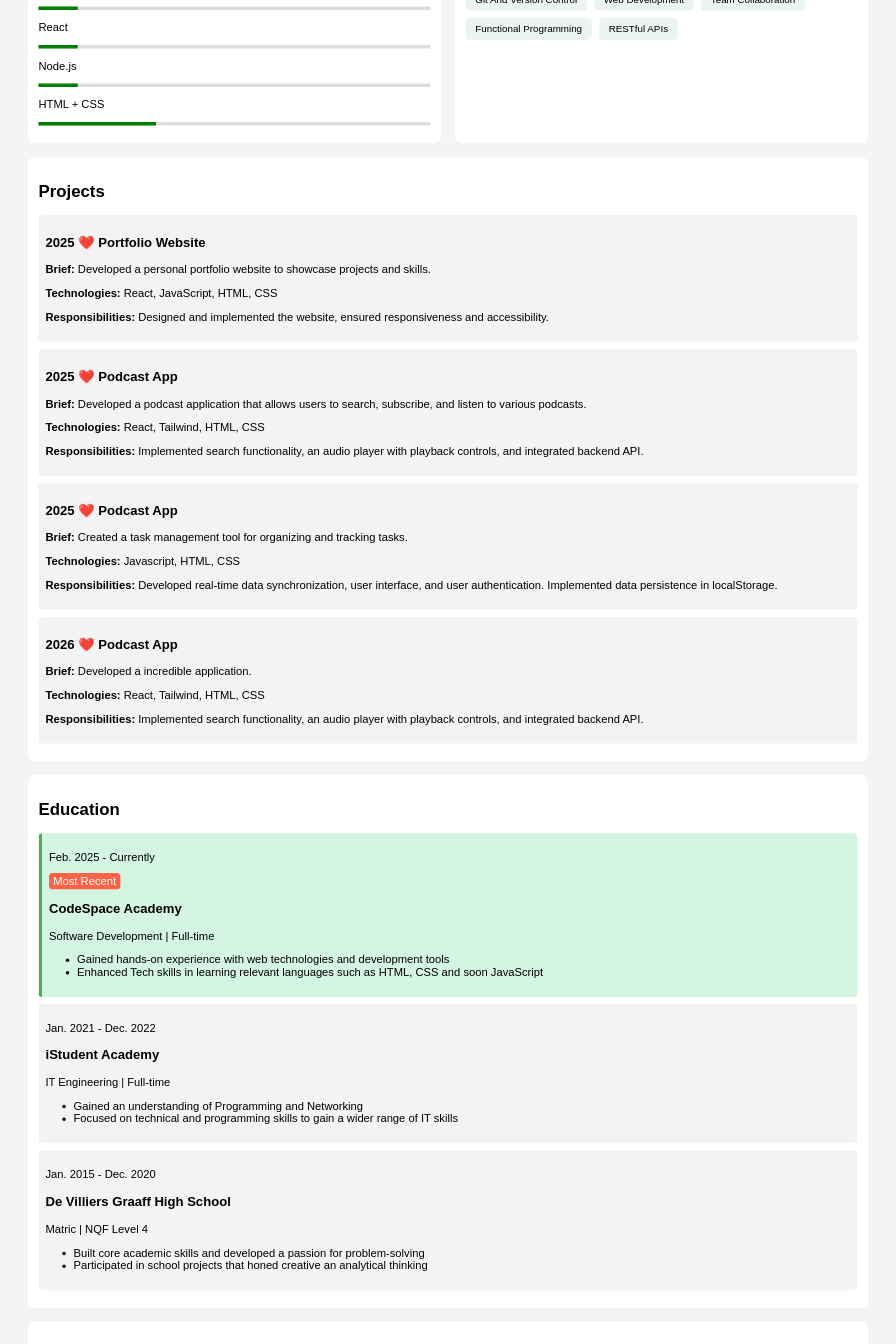
Repository: andajonas/ANDJON25111_fto2502_A2_AndaJonas_SDF_Portfolio_Piece
Page: index.html
An editor plug-in stored every save of this project. The page is shown before and after the next save, followed by the edit.
The browser window is 1280 px wide. The pictures show the part of the page from y = 345 to 2265 px (the page is 3128 px tall), at 70% of full size.
A picture or video elsewhere on the page could not be fetched, so the positions and the page height are approximate.

Above is the page before, as saved 2025-04-03 18:25:10.

### index.html
<!DOCTYPE html>
<html lang="en">
<head>
    <meta charset="UTF-8">
    <meta name="viewport" content="width=device-width, initial-scale=1.0">
    <title>Developer Resume</title>
    <link rel="stylesheet" href="styles.css">
</head>
<body>

<div class="container">
    <!-- Profile Section -->
    <section class="profile">
        <img src="profile.jpg" alt="Profile Picture" class="profile-pic">
        <div class="profile-info">
            <h1>Anda Jonas</h1>
            <p>I am a beginner Software Developer passionate about building clean and responsive websites that are aesthetically pleasing as well as functional. I am always seeking to refine my skills and stay up to date with the latest trends.</p>
        </div>
    </section>

    <!-- Proficiency and Skills Section -->
    <section class="skills-container">
        <div class="proficiency">
            <h2>Proficiency</h2>
            <p><strong>Beginner Intermediate Advanced</strong></p>
            <p>JavaScript</p><div class="bar"><div class="progress" style="width: 10%;"></div></div>
            <p>React</p><div class="bar"><div class="progress" style="width: 10%;"></div></div>
            <p>Node.js</p><div class="bar"><div class="progress" style="width: 10%;"></div></div>
            <p>HTML + CSS</p><div class="bar"><div class="progress" style="width: 30%;"></div></div>
        </div>

        <div class="skills">
            <h2>Skills</h2>
            <div class="skill-tags">
                <span class="skill-item">Software Development</span>
                <span class="skill-item">Agile</span>
                <span class="skill-item">UI Design</span>
                <span class="skill-item">Problem Solving</span>
                <span class="skill-item">Git And Version Control</span>
                <span class="skill-item">Web Development</span>
                <span class="skill-item">Team Collaboration</span>
                <span class="skill-item">Functional Programming</span>
                <span class="skill-item">RESTful APIs</span>
            </div>
        </div>
    </section>

    <!-- Projects Section -->
    <section class="projects">
        <h2>Projects</h2>
        <div class="project-card">
            <h3>2025 ❤️ Portfolio Website</h3>
            <p><strong>Brief:</strong> Developed a personal portfolio website to showcase projects and skills.</p>
            <p><strong>Technologies:</strong> React, JavaScript, HTML, CSS</p>
            <p><strong>Responsibilities:</strong> Designed and implemented the website, ensured responsiveness and accessibility.</p>
        </div>

        <div class="project-card">
            <h3>2025 ❤️ Podcast App</h3>
            <p><strong>Brief:</strong> Developed a podcast application that allows users to search, subscribe, and listen to various podcasts.</p>
            <p><strong>Technologies:</strong> React, Tailwind, HTML, CSS</p>
            <p><strong>Responsibilities:</strong> Implemented search functionality, an audio player with playback controls, and integrated backend API.</p>
        </div>

        <div class="project-card">
            <h3>2025 ❤️ Podcast App</h3>
            <p><strong>Brief:</strong> Created a task management tool for organizing and tracking tasks.</p>
            <p><strong>Technologies:</strong> Javascript, HTML, CSS</p>
            <p><strong>Responsibilities:</strong> Developed real-time data synchronization, user interface, and user authentication. Implemented data persistence in localStorage.</p>
        </div>

        <div class="project-card">
            <h3>2026 ❤️ Podcast App</h3>
            <p><strong>Brief:</strong> Developed a incredible application.</p>
            <p><strong>Technologies:</strong> React, Tailwind, HTML, CSS</p>
            <p><strong>Responsibilities:</strong> Implemented search functionality, an audio player with playback controls, and integrated backend API.</p>
        </div>
    </section>

    <!-- Education Section -->
    <section class="education">
        <h2>Education</h2>
        <div class="education-card green">
            <div class="exp-header">
                <p class="date">Feb. 2025 - Currently</p>
                <span class="tag">Most Recent</span>
            </div>
            <h3>CodeSpace Academy</h3>
            <p class="company">Software Development | Full-time</p>
            <ul>
                <li>Gained hands-on experience with web technologies and development tools</li>
                 <li>Enhanced Tech skills in learning relevant languages such as HTML, CSS and soon JavaScript</li>
        </div>

        <div class="education-card">
            <p class="date">Jan. 2021 - Dec. 2022</p>
            <h3>iStudent Academy</h3>
            <p class="company">IT Engineering | Full-time</p>
            <ul>
                <li>Gained an understanding of Programming and Networking</li>
                <li>Focused on technical and programming skills to gain a wider range of IT skills</li>
            </ul>
        </div>
        <div class="education-card">
            <p class="date">Jan. 2015 - Dec. 2020</p>
            <h3>De Villiers Graaff High School</h3>
            <p class="company">Matric | NQF Level 4</p>
            <ul>
                <li>Built core academic skills and developed a passion for problem-solving</li>
                <li>Participated in school projects that honed creative an analytical thinking</li>
            </ul>
        </div>
    </section>

    <!-- Experience Section -->
    <section class="experience">
        <h2>Experience</h2>
        <div class="experience-card green">
            <div class="exp-header">
                <p class="date">Sep. 2024 - Jan 2025</p>
                <span class="tag">Most Recent</span>
            </div>
            <h3>Customer Service Representative</h3>
            <p class="company">Amazon | Full-time</p>
            <ul>
                <li>Support customers, drivers and Delivery Service Partners to ensure successful deliveries</li>
                <li>Prevent issues and solve customer queries through phone, email or chat.</li>
        </div>

        <div class="experience-card">
            <p class="date">Sept. 2023 - Jul. 2024</p>
            <h3>Quality Assesor</h3>
            <p class="company">Liberty | Full-time</p>
            <ul>
                <li>Enhance the customer experience journey by quality assessing call center interactions(calls), enable low risk and zero surprises BAU and producing reports</li>
                <li>Contribute towards continuous improvement initiatives to improve compliance, processes, systems and skills</li>
            </ul>
        </div>
        <div class="experience-card">
            <p class="date">Feb. 2023 - Sept. 2023</p>
            <h3>Sales Agent | Insurance</h3>
            <p class="company">Liberty | Full-time</p>
            <ul>
                <li>Conduct outbound calls in a professional manner, ensuring excellent and accurate client service</li>
                <li>Sell the company's Life Insurance and Services to potential customers</li>
            </ul>
        </div>
    </section>

    <!-- Contact Section -->
    <section class="contact">
        <p class="contact-text">Let's chat! I'm ready to work on exciting projects.</p>
        <p class="contact-links">
            <a href="mailto:andajonas63@gmail.com">andajonas63@gmail.com</a> |
            <a href="tel:+27655461522"> 065 546 1522</a> |
            <a href="https://www.linkedin.com/in/anda-jonas/" target="_blank" rel="noopener noreferrer">LinkedIn</a> |
            <a href="https://github.com/andajonas" target="_blank" rel="noopener noreferrer"> GitHub</a>
        </p>
    </section>
</div>

</body>
</html>

### styles.css
/* General Layout */
body {
    font-family: Arial, sans-serif;
    margin: 0;
    padding: 0;
    background: #f4f4f4;
}

.container {
    max-width: 1200px;
    margin: auto;
    display: flex;
    flex-direction: column;
    gap: 20px;
}

/* Profile Section */
.profile {
    display: flex;
    align-items: center;
    padding: 20px;
    background: white;
    border-radius: 10px;
}

.profile-pic {
    width: 144px;
    height: 144px;
    border-radius: 24px;
    object-fit: cover;
    margin-right: 20px;
}

/* Skills Section */
.skills-container {
    display: flex;
    gap: 20px;
}

.proficiency, .skills {
    background: white;
    padding: 15px;
    border-radius: 10px;
    width: 50%;
}

.bar {
    width: 100%;
    height: 5px;
    background: #ddd;
    margin-bottom: 10px;
}

.progress {
    height: 5px;
    background: green;
}

.skill-tags {
    display: flex;
    flex-wrap: wrap;
    gap: 10px;
}

.skill-item {
    background: #ecf4f1;
    padding: 8px 14px;
    border-radius: 6px;
    font-size: 14px;
    display: inline-block;
}

/* Projects Section */
.projects {
    background: white;
    padding: 15px;
    border-radius: 10px;
    display: grid;
}

.project-card {
    background: #f3f3f3;
    padding: 10px;
    border-radius: 5px;
    margin-bottom: 10px;
}

/* Education Section */
.education {
    background: white;
    padding: 15px;
    border-radius: 10px;
}

.education-card {
    background: #f3f3f3;
    padding: 10px;
    border-radius: 5px;
    margin-bottom: 10px;
}

/* Experience Section */
.experience {
    background: white;
    padding: 15px;
    border-radius: 10px;
}

.experience-card {
    background: #f3f3f3;
    padding: 10px;
    border-radius: 5px;
    margin-bottom: 10px;
}

.green {
    background: #d5f5e3;
    border-left: 5px solid #4caf50;
}

.tag {
    background: #ff6347;
    color: white;
    padding: 3px 6px;
    border-radius: 5px;
}

/* Contact Section */
.contact {
    background: #d35d36;
    color: white;
    text-align: center;
    padding: 15px;
    border-radius: 10px;
}

.contact-links a {
    color: white;
    font-weight: bold;
    text-decoration: none;
}

After the next save:
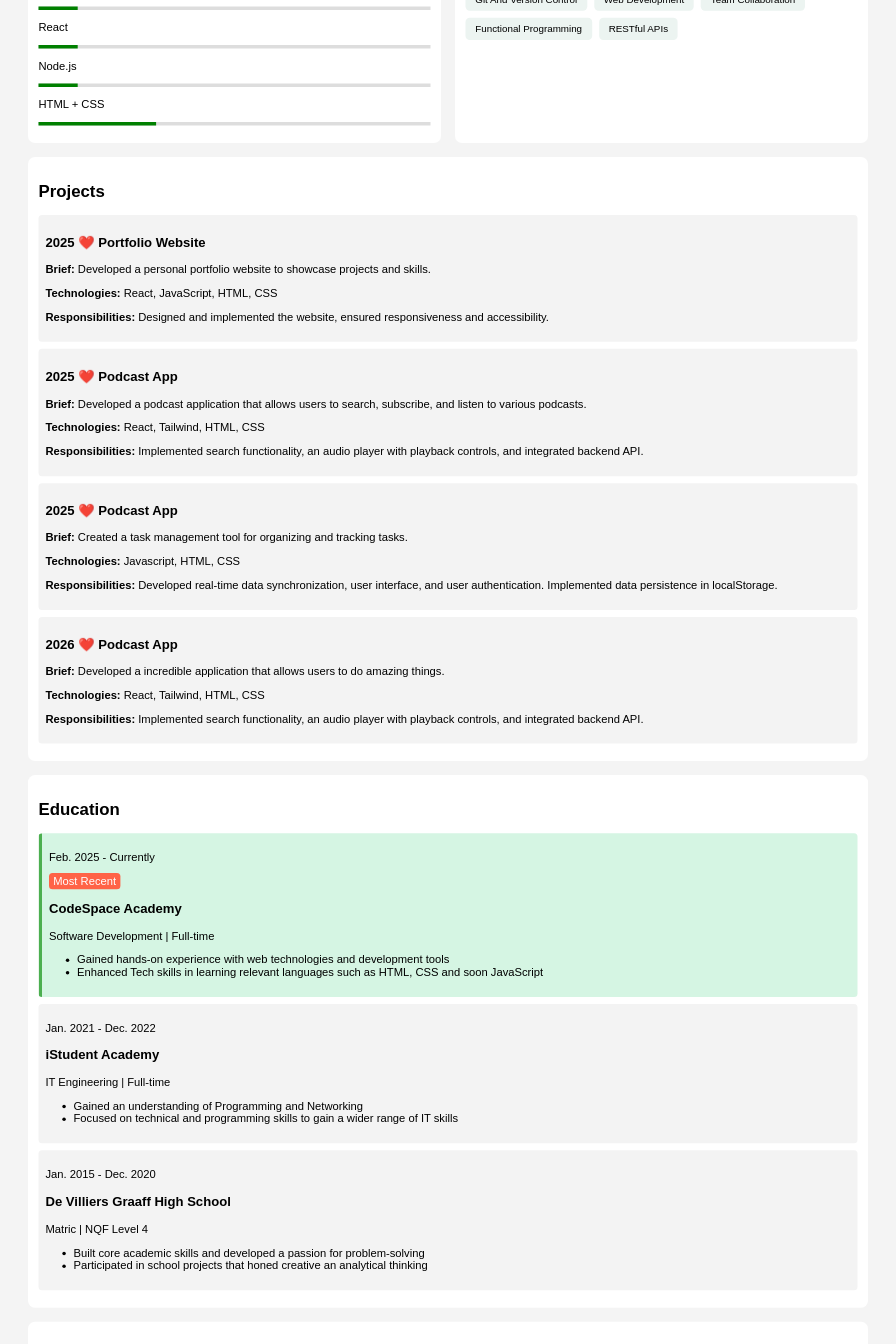
Saved 9 s later.
--- a/index.html
+++ b/index.html
@@ -71,7 +71,7 @@
 
         <div class="project-card">
             <h3>2026 ❤️ Podcast App</h3>
-            <p><strong>Brief:</strong> Developed a incredible application.</p>
+            <p><strong>Brief:</strong> Developed a incredible application that allows users to do amazing things.</p>
             <p><strong>Technologies:</strong> React, Tailwind, HTML, CSS</p>
             <p><strong>Responsibilities:</strong> Implemented search functionality, an audio player with playback controls, and integrated backend API.</p>
         </div>
